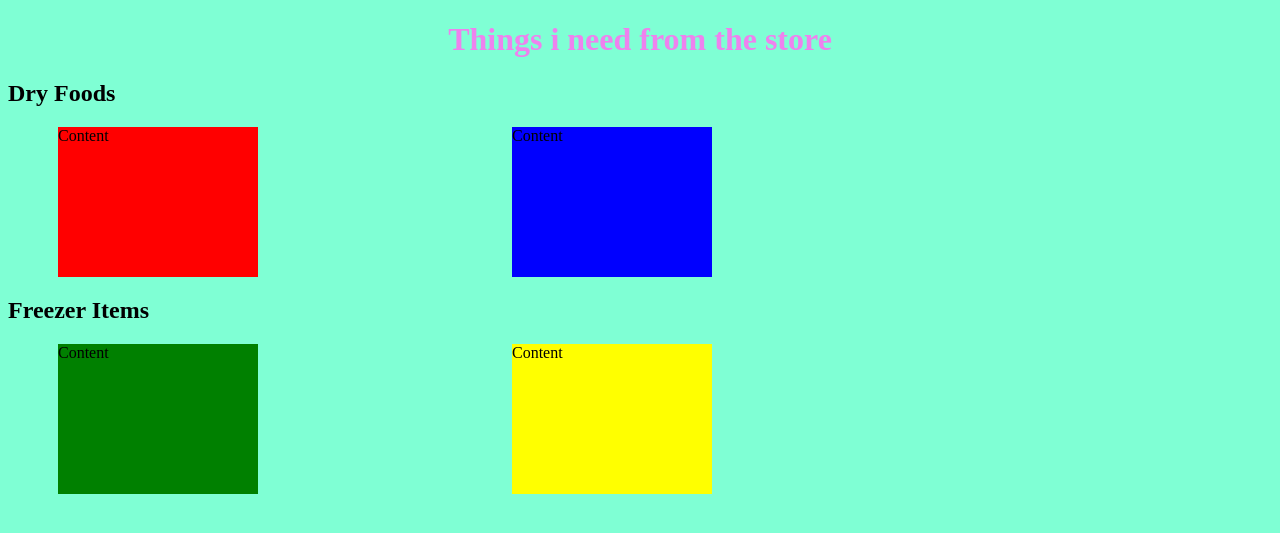
Repository: TheTroyPhillips/Block14
Page: Coursework/Block06/index.html
An editor plug-in stored every save of this project. The page is shown before and after the next save, followed by the edit.
The browser window is 1280 px wide. The pictures show the whole page.

Above is the page before, as saved 2023-08-29 17:32:33.

After the next save:
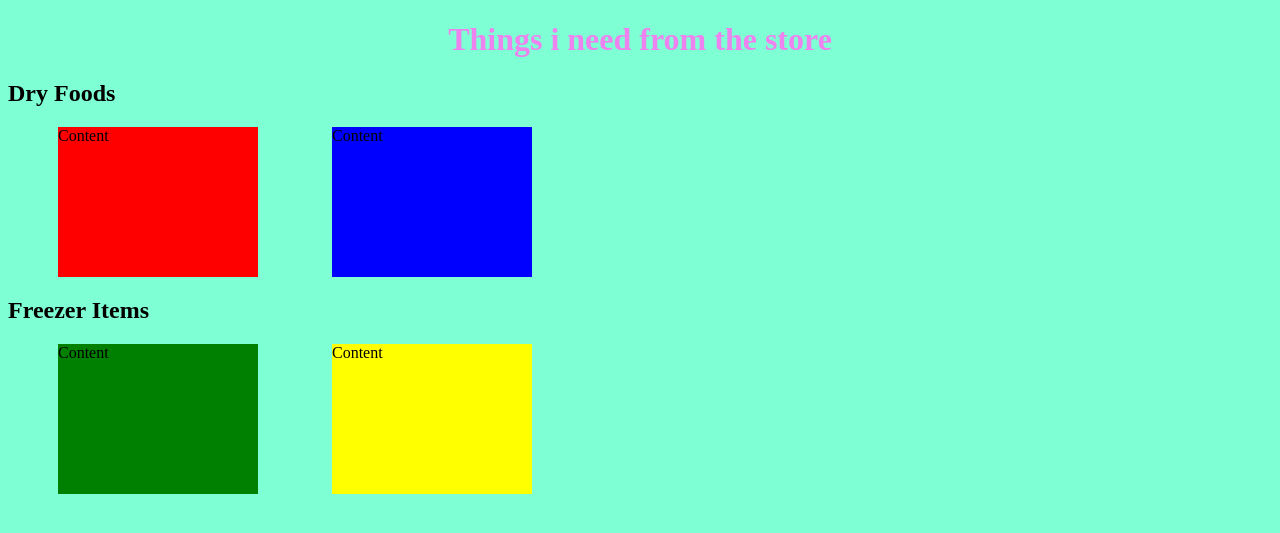
Saved 12 s later.
--- a/Coursework/Block06/styles.css
+++ b/Coursework/Block06/styles.css
@@ -6,7 +6,7 @@ h2 {
     height:150px;
     color: black;
     display: inline-block;
-    margin-right: 200px;
+    margin-right: 20px;
     margin-left: 50px;
 }
 .Red{
